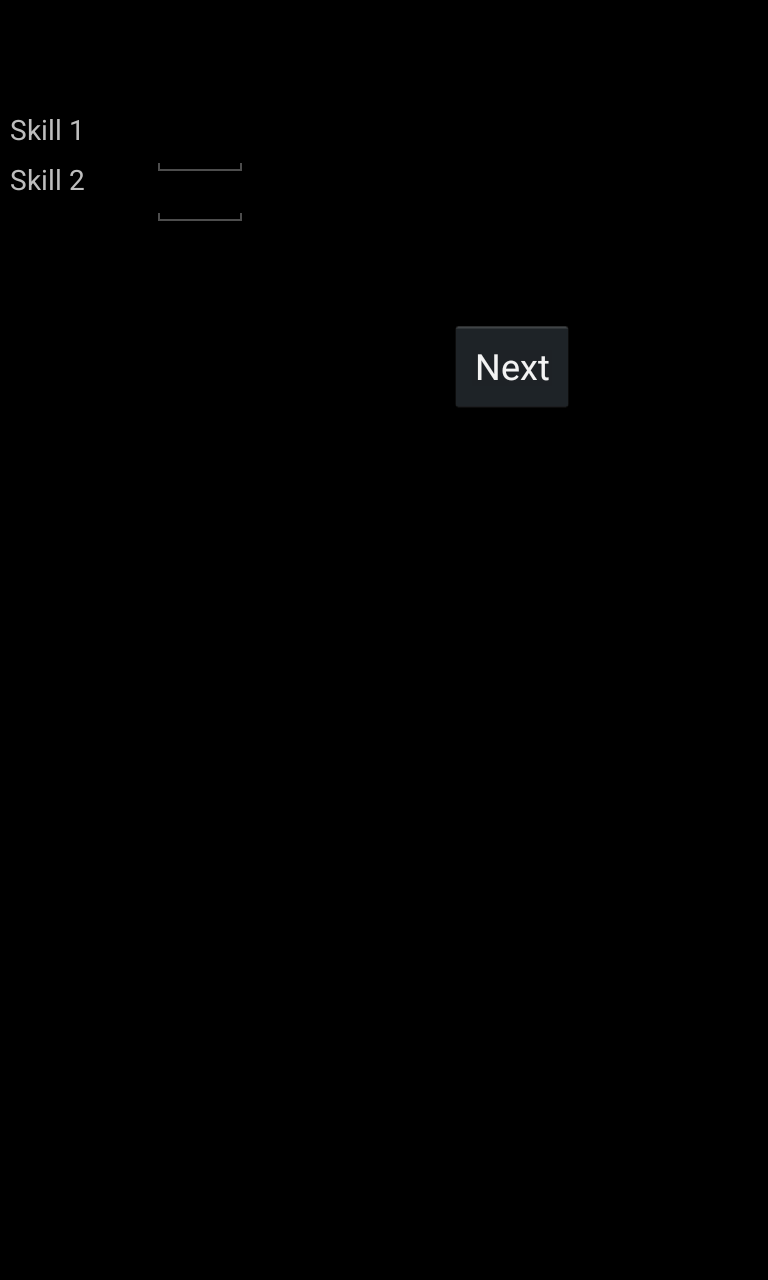
Repository: MobileAffairsLTD/AndroidDemos
Layout: 2.UI_Toast_Alert/res/layout/main.xml
The author's editor kept a copy of each file at every save. The layout is drawn from the files as they stood at one save, then again after the next save.
It is drawn on a 768 x 1280 px phone screen (xhdpi) without system bars, with theme android:Theme.Holo; the app's code is not run.

Above is the layout before, as saved 2012-04-17 21:07:01.

### 2.UI_Toast_Alert/res/layout/main.xml
	<AbsoluteLayout xmlns:android="http://schemas.android.com/apk/res/android"
	    android:layout_width="fill_parent"
	    android:layout_height="fill_parent">
	    <TextView
	    	android:layout_x="10px"
	    	android:layout_y="110px"
	    	android:text="Skill 1"
	    	android:layout_width="wrap_content"
	    	android:layout_height="wrap_content" />
	    <EditText
	    	android:layout_x="150px"
	    	android:layout_y="100px"
	    	android:width="100px"
	    	android:layout_width="wrap_content"
	    	android:layout_height="wrap_content" />
	    <TextView
	    	android:layout_x="10px"
	    	android:layout_y="160px"
	    	android:text="Skill 2"
	    	android:layout_width="wrap_content"
	    	android:layout_height="wrap_content" />
	    	<EditText
	    	android:layout_x="150px"
	    	android:layout_y="150px"
	    	android:width="100px"
	    	android:layout_width="wrap_content"
	    	android:layout_height="wrap_content" />
	    	<Button
	    	    android:id="@+id/nextbutton"
	    	    android:layout_width="wrap_content"
	    	    android:layout_height="wrap_content"
	    	    android:layout_x="224dp"
	    	    android:layout_y="159dp"
	    	    android:text="Next" />
	</AbsoluteLayout>

After the next save:
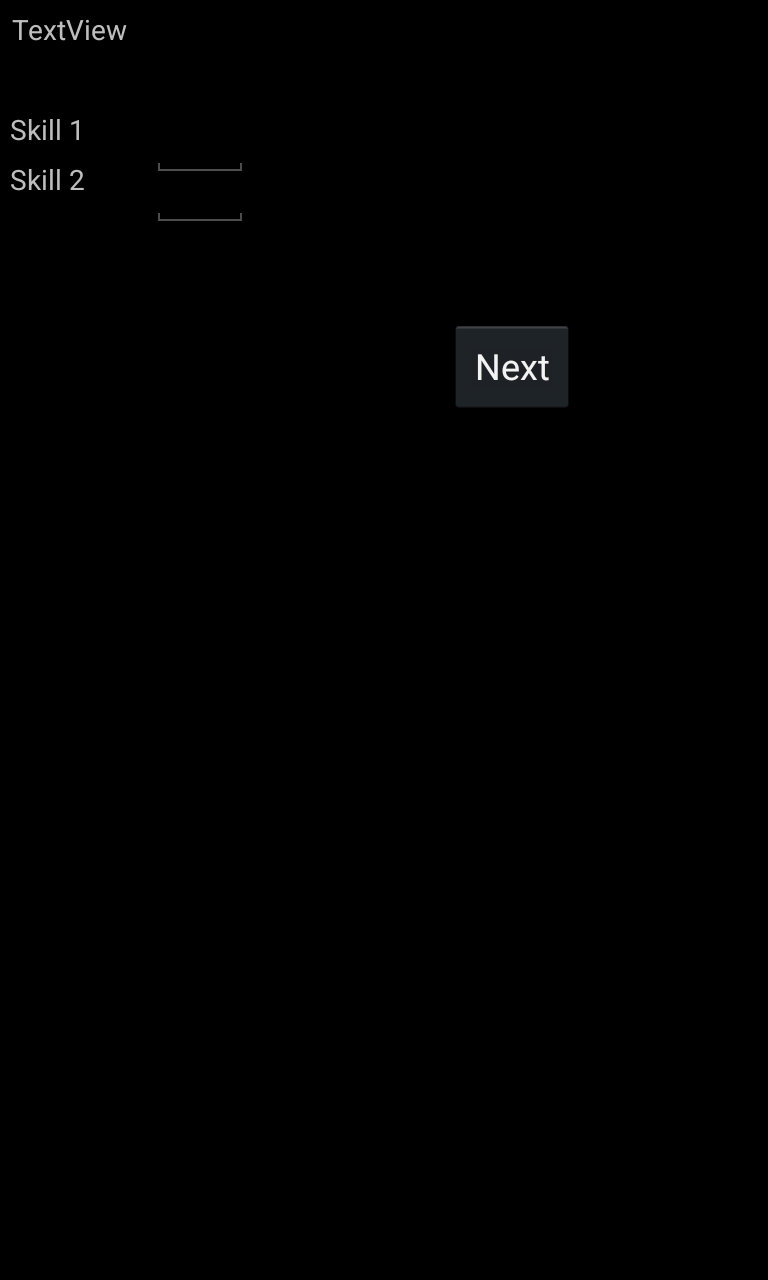
Saved 5 min 20 s later.
--- a/2.UI_Toast_Alert/res/layout/main.xml
+++ b/2.UI_Toast_Alert/res/layout/main.xml
@@ -32,4 +32,14 @@
 	    	    android:layout_x="224dp"
 	    	    android:layout_y="159dp"
 	    	    android:text="Next" />
+
+
+	    	<TextView
+	    	    android:id="@+id/personNames"
+	    	    android:layout_width="match_parent"
+	    	    android:layout_height="wrap_content"
+	    	    android:layout_x="6dp"
+	    	    android:layout_y="5dp"
+	    	    android:text="TextView" />
+
 	</AbsoluteLayout>
